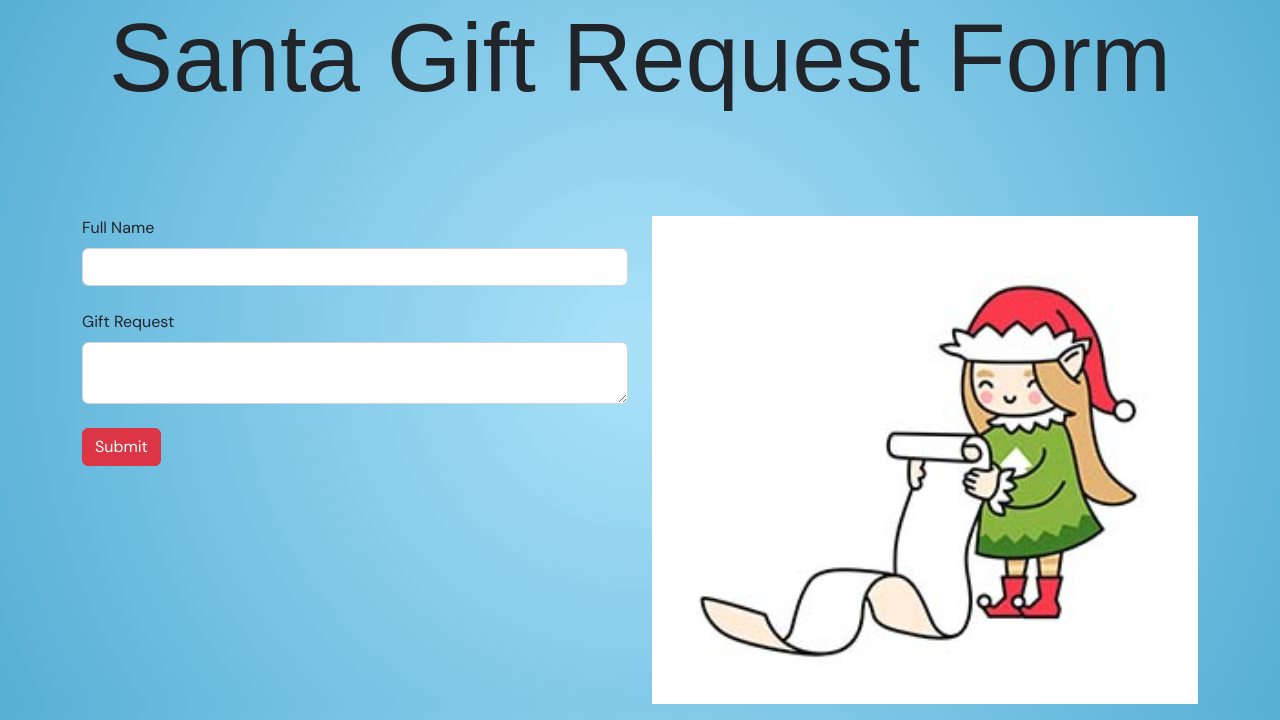
Repository: sarahlochhead/check-santas-list
Page: check-santas-list.html
An editor plug-in stored every save of this project. The page is shown before and after a run of saves, followed by the edit.
The browser window is 1280 px wide. The pictures show the whole page.
Some web fonts or font styles are not loaded; a fallback is used.

Above is the page before, as saved 2023-12-04 19:35:22.

After the next 2 saves:
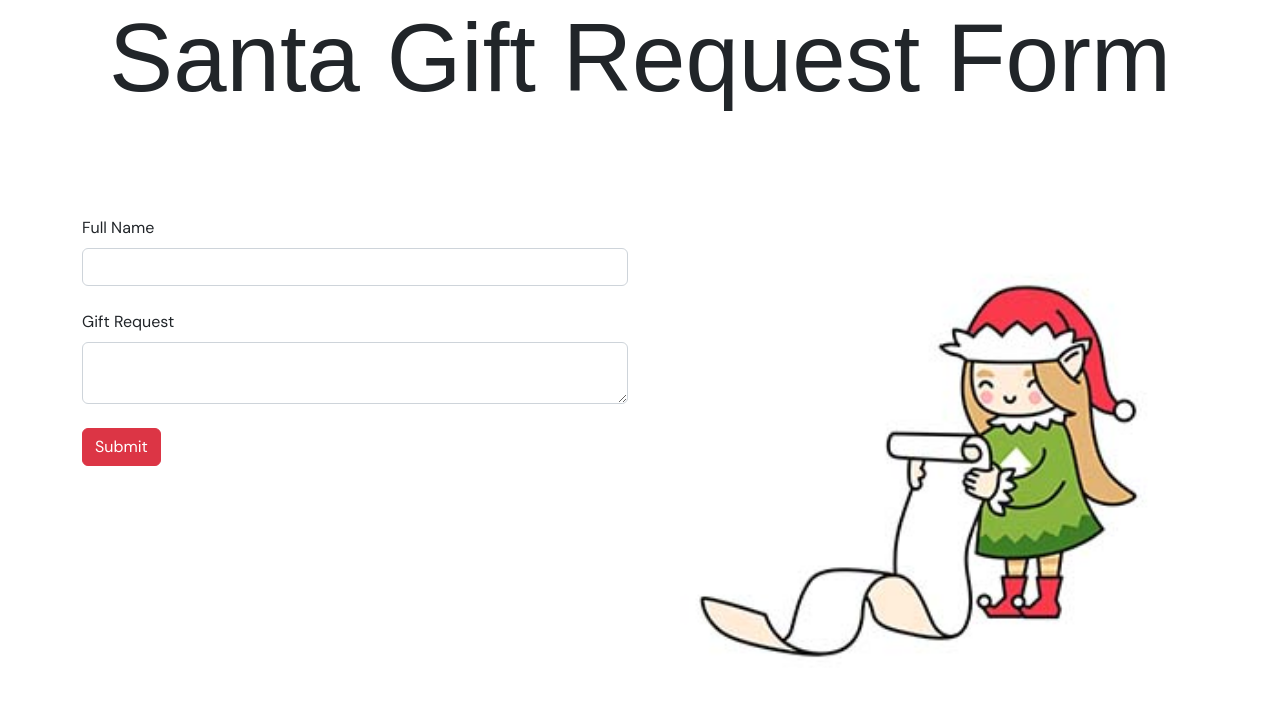
The 2 saves are shown as one change because they came seconds apart.
The last was saved 101 s later.
--- a/css/styles.css
+++ b/css/styles.css
@@ -15,10 +15,7 @@ h1, h2, h3 {
 }
 
 /* background */
-body {
-background: rgb(168,224,248);
-background: radial-gradient(circle, rgba(168,224,248,1) 4%, rgba(88,176,214,1) 98%);
-}
+
 
 /* header */
 
